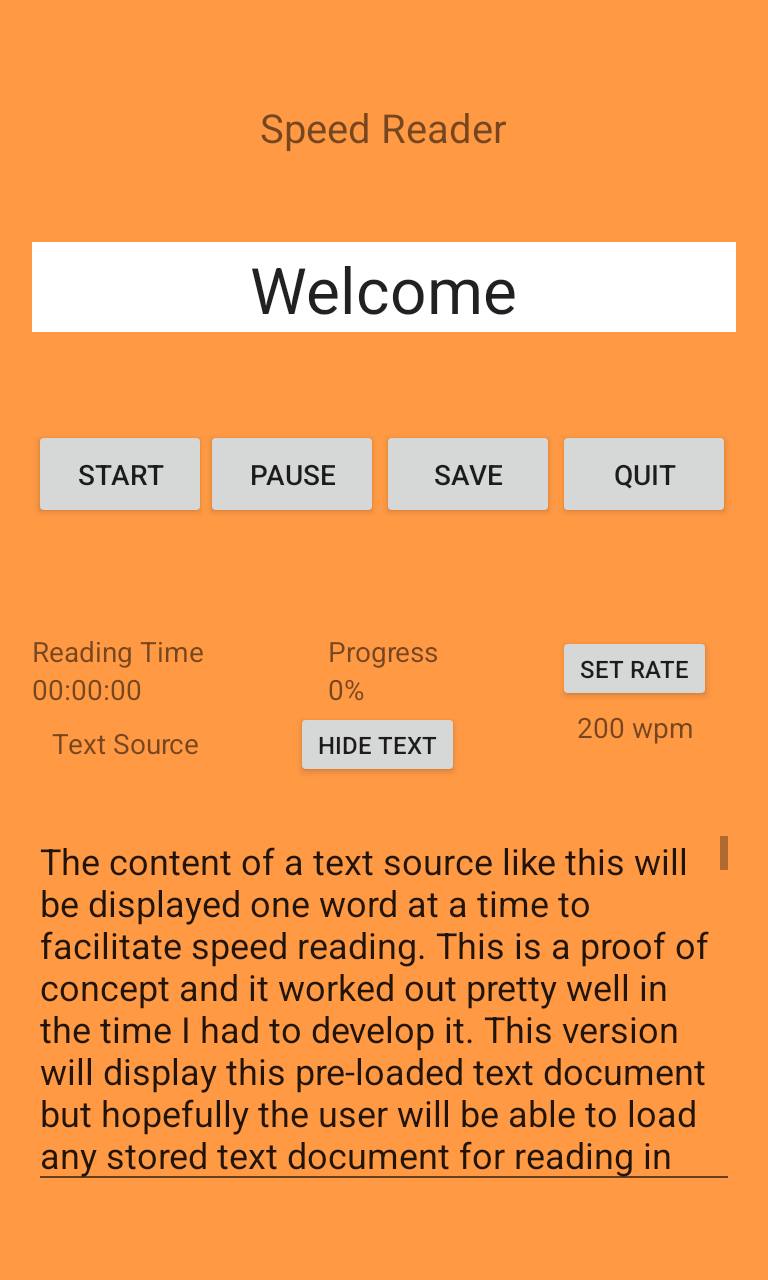
Repository: hdemby/workspace
Layout: rate version of newReader/res/layout/activity_main.xml
The author's editor kept a copy of each file at every save. The layout is drawn from the files as they stood at one save, then again after the next save.
It is drawn on a 768 x 1280 px phone screen (xhdpi) without system bars, with theme AppTheme; the app's code is not run.

Above is the layout before, as saved 2014-12-08 01:47:23.

After the next save:
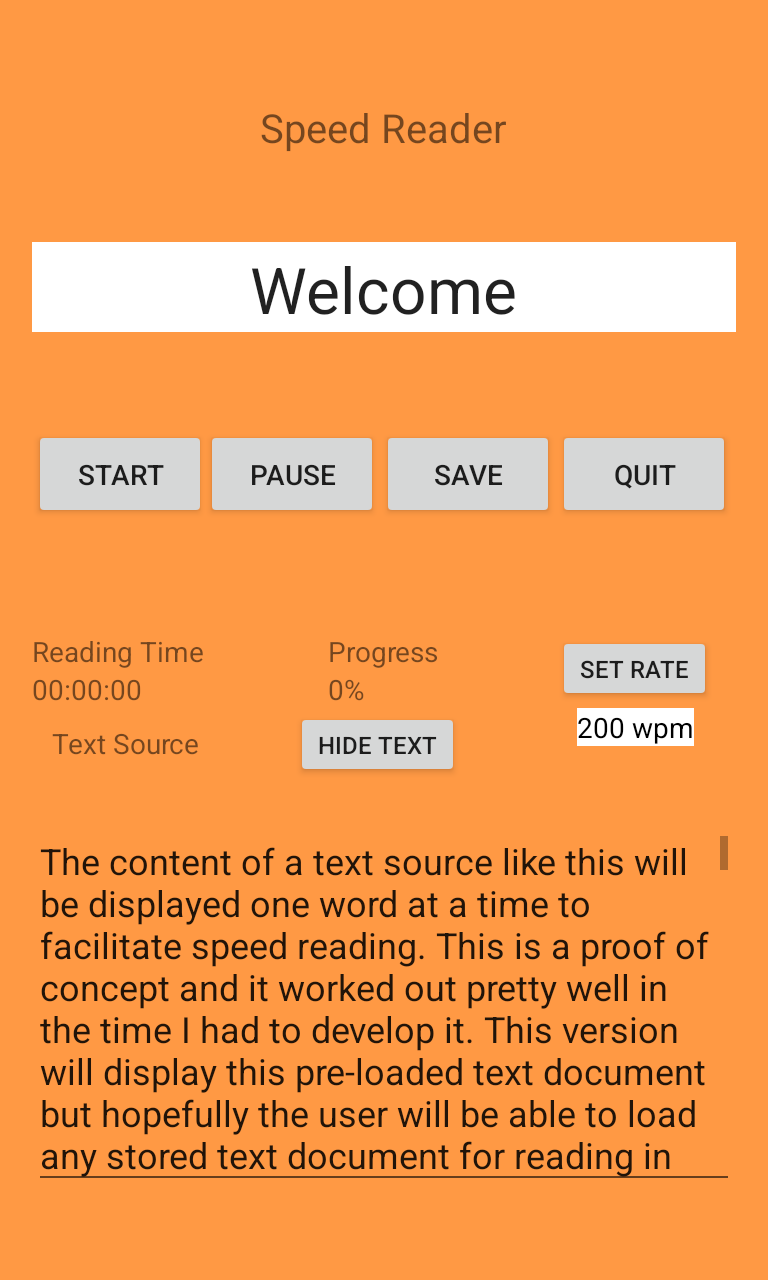
Saved 3 min 57 s later.
--- a/rate version of newReader/res/layout/activity_main.xml
+++ b/rate version of newReader/res/layout/activity_main.xml
@@ -156,11 +156,13 @@
             android:layout_alignParentRight="true"
             android:layout_alignParentTop="true"
             android:layout_marginRight="21dp"
+            android:background="#ffffffff"
             android:clickable="true"
             android:focusable="true"
             android:focusableInTouchMode="true"
             android:linksClickable="false"
-            android:text="@string/show_rate" />
+            android:text="@string/show_rate"
+            android:textColor="#ff000000" />
 
     </RelativeLayout>
 
